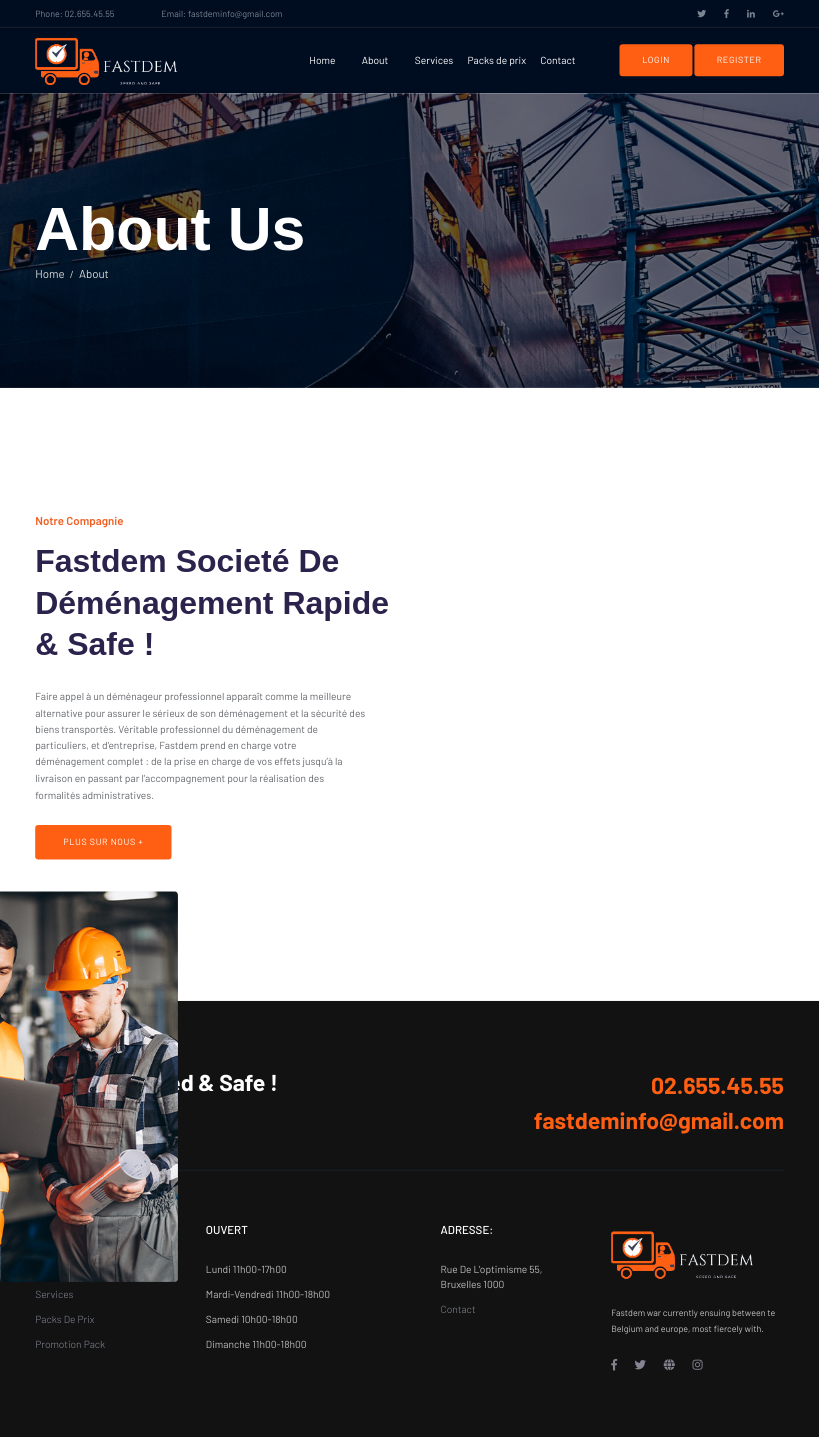
Repository: adamprefo/fastdemTFE
Page: http://localhost/about
These files come from the project's save history. The page is drawn as it stood at one moment and after the next save; the edit follows.
The browser window is 1280 px wide. The pictures show the whole page, at 64% of full size.
Some web fonts or font styles are not loaded; a fallback is used. The page is served by the project's Laravel application, run on PHP 8.4 with Laravel 8.

Above is the page before, as saved 2021-10-05 14:14:23.

After the next save:
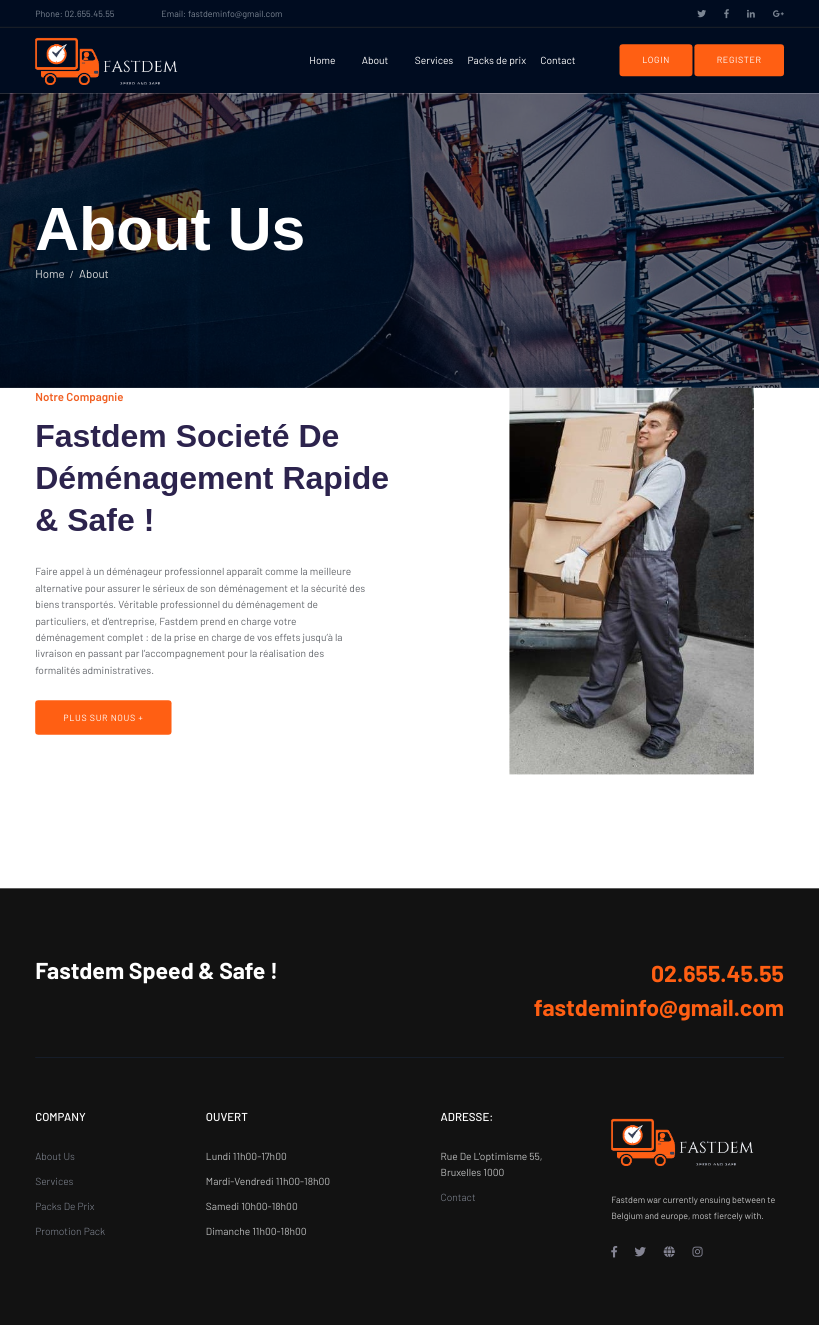
Saved 23 s later.
--- a/resources/views/about.blade.php
+++ b/resources/views/about.blade.php
@@ -248,16 +248,14 @@
             </div>
         </div>
         <!-- slider Area End-->
-        <!--? About Area Start -->
-        <div class="about-low-area section-padding30">
+      <!--? About Area Start -->
+      <div class="about-low-area padding-bottom">
             <div class="container">
                 <div class="row">
                     <div class="col-lg-6 col-md-12">
                         <div class="about-caption mb-50">
                             <!-- Section Tittle -->
                             <div class="section-tittle mb-35">
-                         <!-- Section Tittle -->
-                            <div class="section-tittle mb-35">
                                 <span>Notre compagnie</span>
 
                                 <h2>Fastdem societé de déménagement rapide & safe ! </h2>
@@ -273,7 +271,7 @@
                         <!-- about-img -->
                         <div class="about-img ">
                             <div class="about-font-img">
-                                <img src="assets/img/gallery/about2.png" alt="">
+                                <img src="assets/img/gallery/about22.jpg" alt="">
                             </div>
                             <div class="about-back-img d-none d-lg-block">
                                 <img src="assets/img/gallery/about1.png" alt="">
